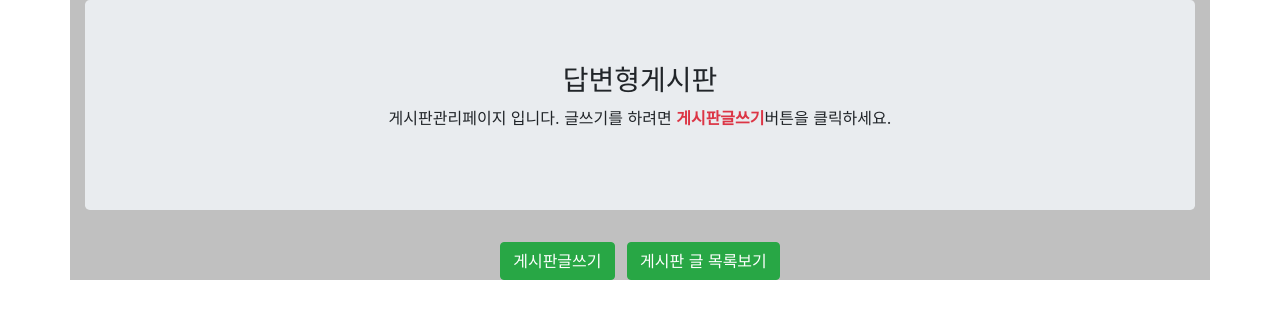
Repository: NoChanJong/JSP
Page: http://localhost/jsp09_board/
An editor plug-in stored every save of this project. The page is shown before and after the next save, followed by the edit.
The browser window is 1280 px wide. The pictures show the whole page.
The page is served by Tomcat 9.

Above is the page before, as saved 2023-05-23 04:17:29.
Console error (its wording comes from the project's code and is left out).

After the next save:
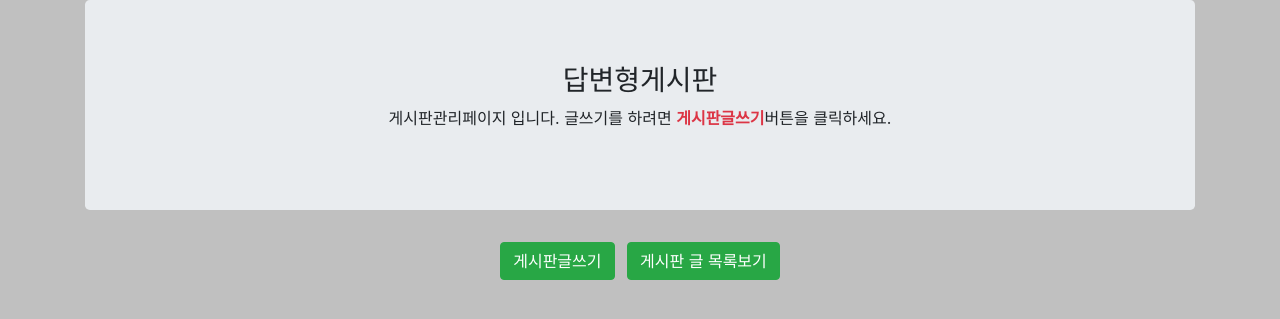
Saved 22 s later.
--- a/jsp09_board/WebContent/index.jsp
+++ b/jsp09_board/WebContent/index.jsp
@@ -8,8 +8,8 @@
      <script src="https://cdn.jsdelivr.net/npm/bootstrap@4.5.2/dist/js/bootstrap.bundle.min.js"></script>
 <title>답변형게시판</title>
 </head>
-<body>
-	<div class="container" align="center" style="background-color: silver;">
+<body  style="background-color: silver;">
+	<div class="container" align="center">
 		<div class="jumbotron">
 			<h3>답변형게시판</h3>
 			<p>게시판관리페이지 입니다. 글쓰기를 하려면 <strong class="text-danger">게시판글쓰기</strong>버튼을
